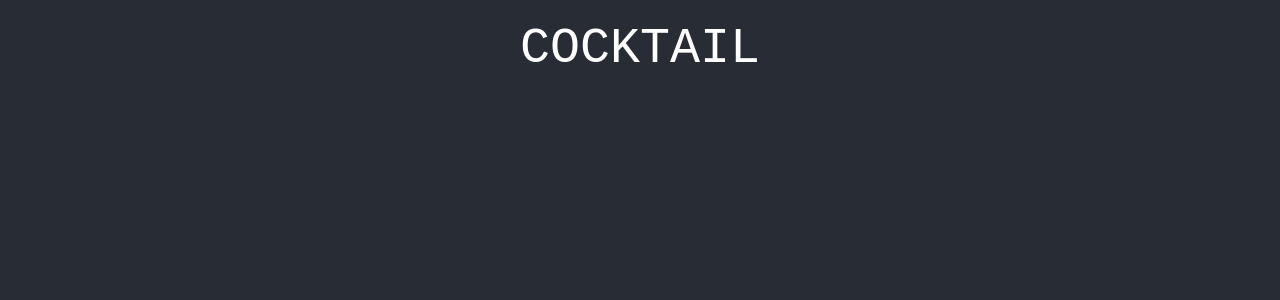
Repository: phunobi1807/coctails
Page: /
An editor plug-in stored every save of this project. The page is shown before and after the next save, followed by the edit.
The browser window is 1280 px wide. The pictures show the whole page.
The page's requests for data from a server got no answer. The project was rebuilt for these pictures with package versions that can differ from the ones it lists, and the page was loaded fresh each time. No one was signed in, and anything a server would have sent is missing.

Above is the page before, as saved 2021-09-25 13:31:28.

After the next save:
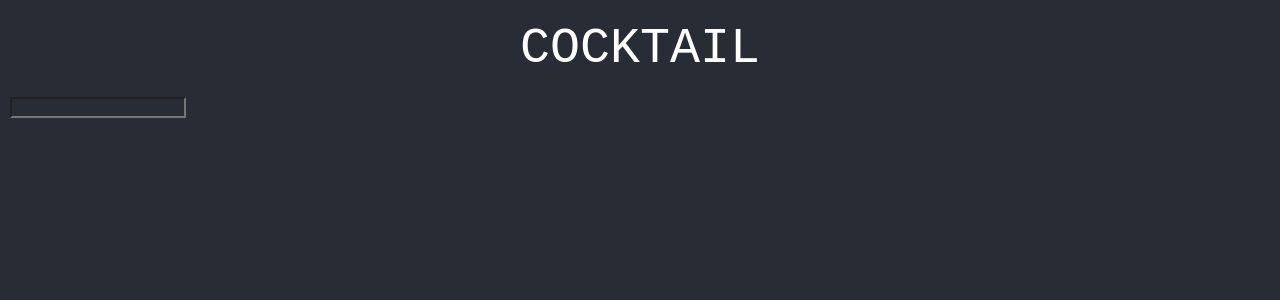
Saved 38 s later.
--- a/src/components/ListCocktails.js
+++ b/src/components/ListCocktails.js
@@ -21,7 +21,7 @@ class componentName extends Component {
     return (
       <>
         <div className="container">
-
+          <input type="text" name="" id="" />
             {!loading ? (
               listCocktail.map((item, index) => {
                 return (
